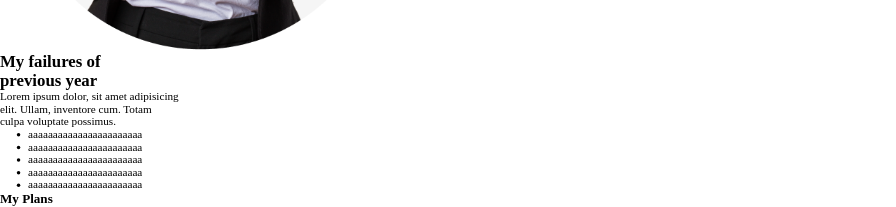
Repository: sadiaafsana138/All-Thinks-Are-Possible-Website
Page: index.html
The author's editor kept a copy of each file at every save. The page is drawn from the files as they stood at one save, then again after the next save.
The browser window is 1280 px wide. The pictures show the part of the page from y = 1153 to 3073 px (the page is 1448 px tall before and 3073 px after), at 70% of full size.
Backgrounds fixed to the window are drawn as part of the page.

Above is the page before, as saved 2023-01-07 18:19:01.
Not found: styles/images/banner/banner1.png

### index.html
<!DOCTYPE html>
<html lang="en">

<head>
    <meta charset="UTF-8">
    <meta http-equiv="X-UA-Compatible" content="IE=edge">
    <meta name="viewport" content="width=device-width, initial-scale=1.0">
    <title>First Website</title>
    <link rel="stylesheet" href="styles/web.css">
</head>

<body>
    <!-- header -->
    <header >
        <section class="header">
        <div>

            <h1 >
                All Thinks Are <br>
                Possible If You <br>
                believe
            </h1>
            <p>Lorem ipsum dolor sit amet consectetur adipisicing <br>
                elit. Veritatis quisquam alias necessitatibus <br>
                quod rem vel modi laboriosam doloribus <br>
                laborum dolorem?
            </p>
            <button>
                Contact Us
            </button>
        </div>
    </section>
    </header>
    <main>
        <!--next sections-->
          <section>
            <div>
                <img src="images/person.png" alt="person">
            <div>
                <h2>
                    My failures of <br>
                    previous year
                </h2>
                <p>
                    Lorem ipsum dolor, sit amet  adipisicing <br>
                    elit. Ullam, inventore cum. Totam <br>
                    culpa voluptate possimus.
                </p>
                <ul>
                   <li>aaaaaaaaaaaaaaaaaaaaaaa</li>
                   <li>aaaaaaaaaaaaaaaaaaaaaaa</li>
                   <li>aaaaaaaaaaaaaaaaaaaaaaa</li>
                   <li>aaaaaaaaaaaaaaaaaaaaaaa</li>
                   <li>aaaaaaaaaaaaaaaaaaaaaaa</li>
                </ul>
            </div>
        </div>
          </section>

          <!--section 3-->
          <section>
            <div>
            <h3>
                My Plans
            </h3>
            </div>
          </section>
    </main>
    <footer>

    </footer>
</body>

</html>

### styles/web.css
*{
margin: 0;
}
.header{
    height: 500px;
    background-image:url(images/banner/banner1.png);
    background-repeat: no-repeat;
     background-size: cover;
   background-attachment: fixed;
}

After the next save:
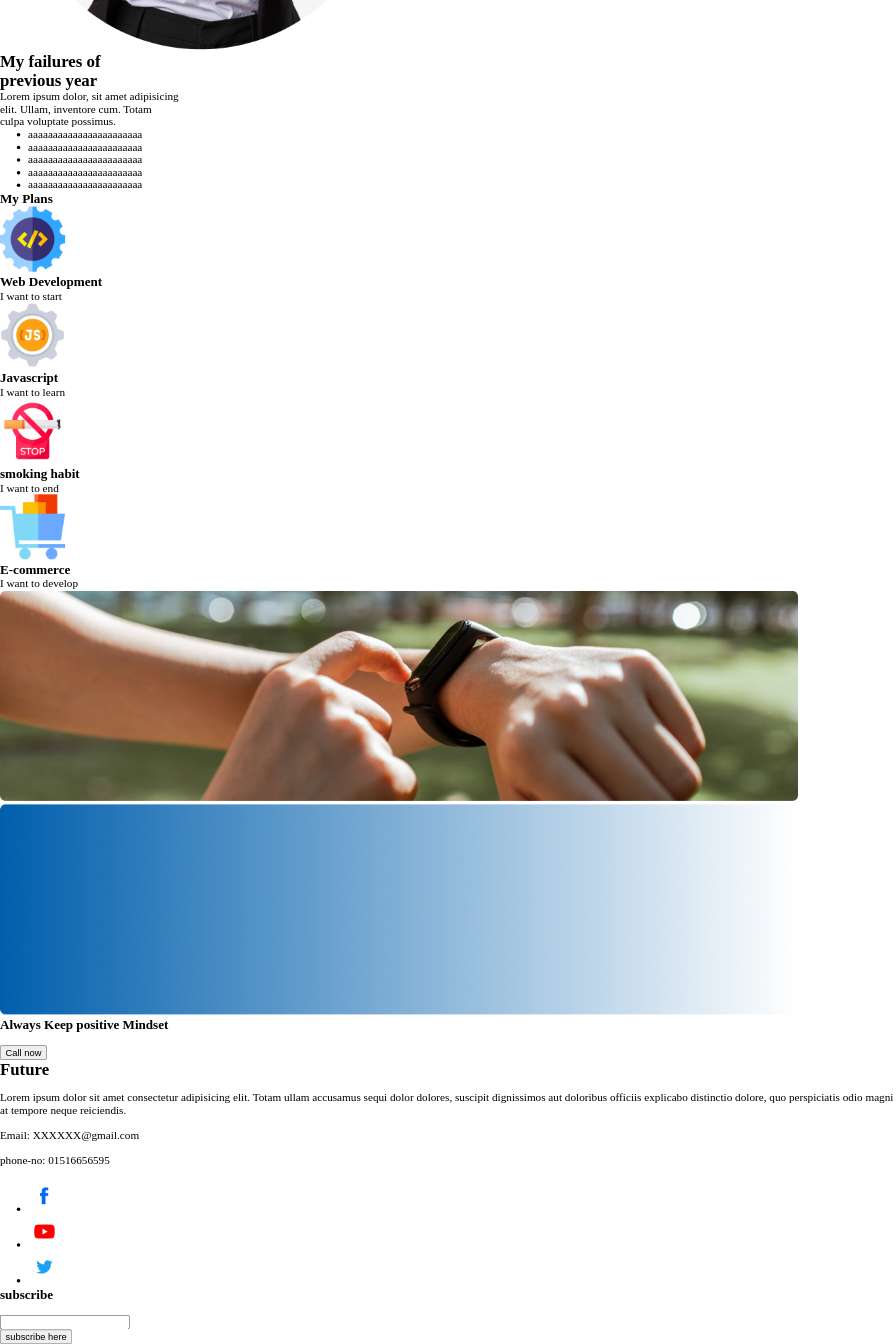
Saved 19 min 14 s later.
--- a/index.html
+++ b/index.html
@@ -11,63 +11,110 @@
 
 <body>
     <!-- header -->
-    <header >
+    <header>
         <section class="header">
-        <div>
+            <div>
 
-            <h1 >
-                All Thinks Are <br>
-                Possible If You <br>
-                believe
-            </h1>
-            <p>Lorem ipsum dolor sit amet consectetur adipisicing <br>
-                elit. Veritatis quisquam alias necessitatibus <br>
-                quod rem vel modi laboriosam doloribus <br>
-                laborum dolorem?
-            </p>
-            <button>
-                Contact Us
-            </button>
-        </div>
-    </section>
+                <h1>
+                    All Thinks Are <br>
+                    Possible If You <br>
+                    believe
+                </h1>
+                <p>Lorem ipsum dolor sit amet consectetur adipisicing <br>
+                    elit. Veritatis quisquam alias necessitatibus <br>
+                    quod rem vel modi laboriosam doloribus <br>
+                    laborum dolorem?
+                </p>
+                <button>
+                    Contact Us
+                </button>
+            </div>
+        </section>
     </header>
     <main>
         <!--next sections-->
-          <section>
+        <section>
             <div>
                 <img src="images/person.png" alt="person">
+                <div>
+                    <h2>
+                        My failures of <br>
+                        previous year
+                    </h2>
+                    <p>
+                        Lorem ipsum dolor, sit amet adipisicing <br>
+                        elit. Ullam, inventore cum. Totam <br>
+                        culpa voluptate possimus.
+                    </p>
+                    <ul>
+                        <li>aaaaaaaaaaaaaaaaaaaaaaa</li>
+                        <li>aaaaaaaaaaaaaaaaaaaaaaa</li>
+                        <li>aaaaaaaaaaaaaaaaaaaaaaa</li>
+                        <li>aaaaaaaaaaaaaaaaaaaaaaa</li>
+                        <li>aaaaaaaaaaaaaaaaaaaaaaa</li>
+                    </ul>
+                </div>
+            </div>
+        </section>
+
+        <!--section 3-->
+        <section>
             <div>
-                <h2>
-                    My failures of <br>
-                    previous year
-                </h2>
-                <p>
-                    Lorem ipsum dolor, sit amet  adipisicing <br>
-                    elit. Ullam, inventore cum. Totam <br>
-                    culpa voluptate possimus.
-                </p>
-                <ul>
-                   <li>aaaaaaaaaaaaaaaaaaaaaaa</li>
-                   <li>aaaaaaaaaaaaaaaaaaaaaaa</li>
-                   <li>aaaaaaaaaaaaaaaaaaaaaaa</li>
-                   <li>aaaaaaaaaaaaaaaaaaaaaaa</li>
-                   <li>aaaaaaaaaaaaaaaaaaaaaaa</li>
-                </ul>
+                <h3>
+                    My Plans
+                </h3>
+                <div>
+                    <img src="images/icons/web.png" alt=""><br>
+                    <H3>Web Development</H3>
+                    <p>I want to start</p>
+                </div>
+                <div>
+                    <img src="images/icons/js.png" alt=""><br>
+                    <H3>Javascript</H3>
+                    <p>I want to learn</p>
+                </div>
+                <div>
+                    <img src="images/icons/smoke.png" alt=""><br>
+                    <H3>smoking habit</H3>
+                    <p>I want to end</p>
+                </div>
+                <div>
+                    <img src="images/icons/ecom.png" alt=""><br>
+                    <H3>E-commerce</H3>
+                    <p>I want to develop</p>
+                </div>
             </div>
-        </div>
-          </section>
+            <div>
+                <img src="images/watch.png" alt="">
+                <img src="images/gradient1.png" alt="">
+                <div>
+                    <h3>Always Keep positive Mindset</h3><br>
+                    <button>Call now</button>
+                </div>
+            </div>
+        </section>
 
-          <!--section 3-->
-          <section>
-            <div>
-            <h3>
-                My Plans
-            </h3>
-            </div>
-          </section>
     </main>
     <footer>
-
+  <Section>
+    <div>
+        <h2>Future</h2><br>
+        <p>Lorem ipsum dolor sit amet consectetur adipisicing elit. Totam ullam accusamus sequi dolor dolores, suscipit dignissimos aut doloribus officiis explicabo distinctio dolore, quo perspiciatis odio magni at tempore neque reiciendis.
+        </p><br>
+        <p>Email: XXXXXX@gmail.com</p><br>
+        <P>phone-no: 01516656595</P><br>
+        <ul>
+            <li><img src="images/icons/fb.png" alt=""></li>
+            <li><img src="images/icons/youtube.png" alt=""></li>
+            <li><img src="images/icons/twitter.png" alt=""></li>
+        </ul>
+    </div>
+    <div>
+        <h3>subscribe</h3><br>
+        <input type="email" plavceholder="Enter Your Email"><br>
+        <button>subscribe here</button>
+    </div>
+  </Section>
     </footer>
 </body>
 
